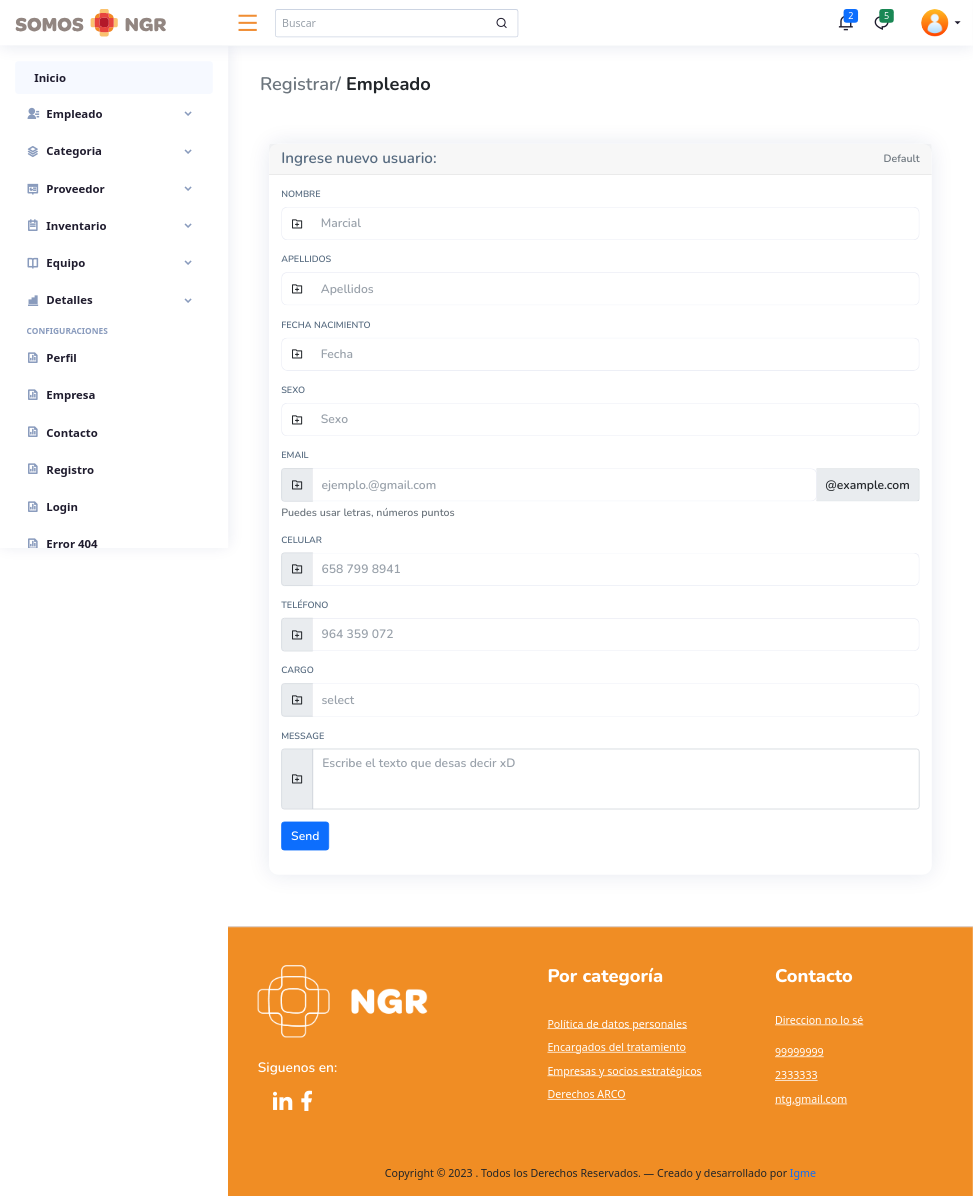
Repository: igmeMarcial/ProyectoLP-2023
Page: http://localhost/proyectoLP_2023/RegistrarEmpleado.jsp
The author's editor kept a copy of each file at every save. The page is drawn from the files as they stood at one save, then again after the next save.
The browser window is 1280 px wide. The pictures show the whole page, at 76% of full size.
Some web fonts or font styles are not loaded; a fallback is used. The page is served by Tomcat 9. The template is opened directly, without the code that normally fills it, so the values that code supplies are empty.

Above is the page before, as saved 2023-03-23 04:41:58.

After the next save:
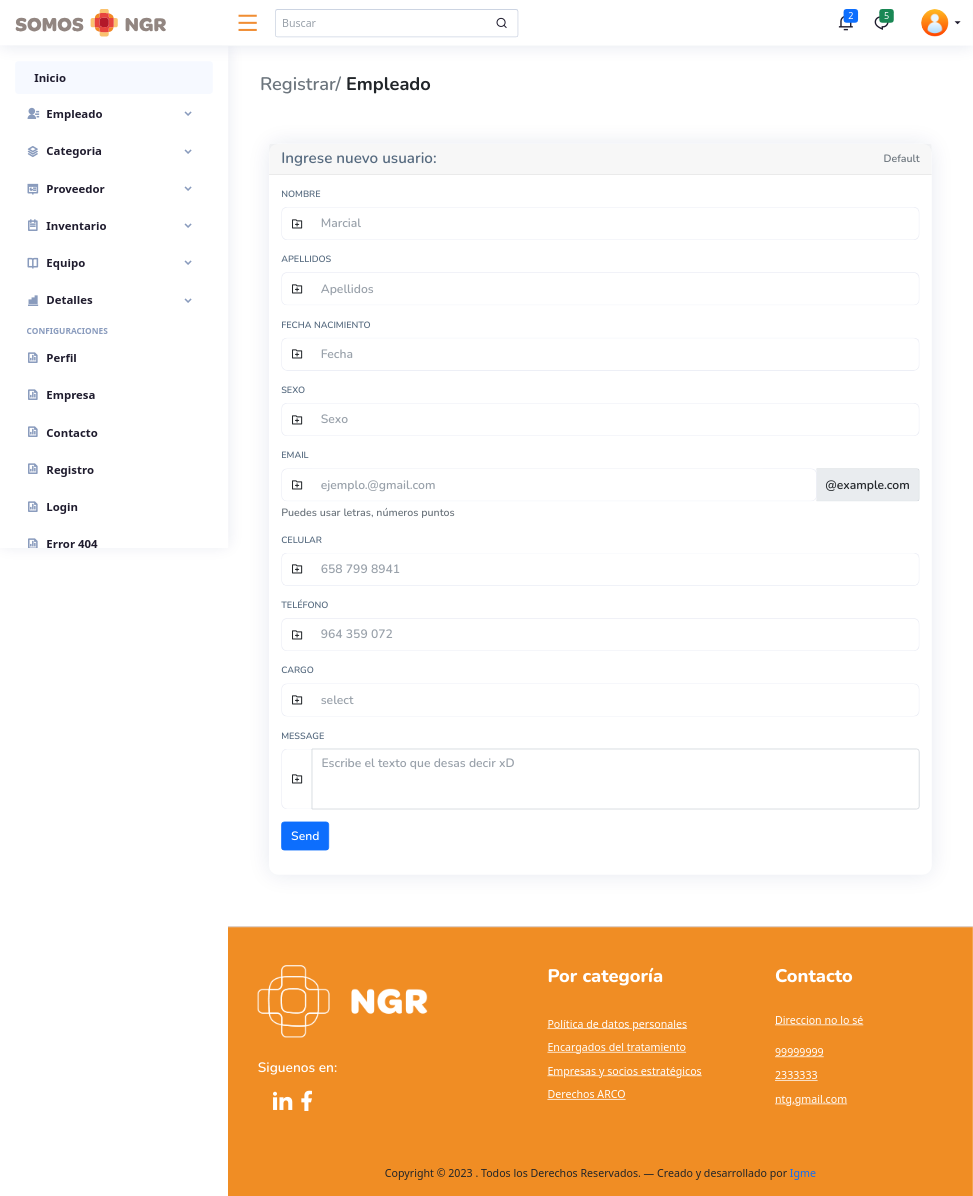
Saved 2 min 37 s later.
--- a/proyectoLP_2023/WebContent/RegistrarEmpleado.jsp
+++ b/proyectoLP_2023/WebContent/RegistrarEmpleado.jsp
@@ -334,7 +334,7 @@
 									<div class="mb-3">
 										<label class="form-label" for="basic-icon-default-email">Email</label>
 										<div class="input-group input-group-merge">
-											<span class="input-group-text"><i class="ri-folder-add-line"></i></span>
+											<span class="input-group-text labelCustom"><i class="ri-folder-add-line"></i></span>
 											<input type="text" id="basic-icon-default-email" class="form-control inputCustom" placeholder="ejemplo.@gmail.com" aria-label="john.doe" aria-describedby="basic-icon-default-email2" />
 											<span id="basic-icon-default-email2" class="input-group-text">@example.com</span>
 										</div>
@@ -343,28 +343,28 @@
 									<div class="mb-3">
 										<label class="form-label" for="basic-icon-default-phone labelCustom" >Celular</label>
 										<div class="input-group input-group-merge">
-											<span id="basic-icon-default-phone2" class="input-group-text"><i class="ri-folder-add-line"></i></span>
+											<span id="basic-icon-default-phone2" class="input-group-text labelCustom"><i class="ri-folder-add-line"></i></span>
 											<input type="text" id="basic-icon-default-phone" class="form-control phone-mask inputCustom" placeholder="658 799 8941" aria-label="658 799 8941" aria-describedby="basic-icon-default-phone2" />
 										</div>
 									</div>
 									<div class="mb-3">
 										<label class="form-label" for="basic-icon-default-phone labelCustom">Teléfono</label>
 										<div class="input-group input-group-merge">
-											<span id="basic-icon-default-phone2" class="input-group-text"><i class="ri-folder-add-line"></i></span>
+											<span id="basic-icon-default-phone2" class="input-group-text labelCustom"><i class="ri-folder-add-line"></i></span>
 											<input type="text" id="basic-icon-default-phone" class="form-control phone-mask inputCustom" placeholder="964 359 072" aria-label="658 799 8941" aria-describedby="basic-icon-default-phone2" />
 										</div>
 									</div>
 									<div class="mb-3">
 										<label class="form-label" for="basic-icon-default-phone labelCustom">Cargo</label>
 										<div class="input-group input-group-merge">
-											<span id="basic-icon-default-phone2" class="input-group-text"><i class="ri-folder-add-line"></i></span>
+											<span id="basic-icon-default-phone2" class="input-group-text labelCustom"><i class="ri-folder-add-line"></i></span>
 											<input type="text" id="basic-icon-default-phone" class="form-control phone-mask inputCustom" placeholder="select" aria-label="658 799 8941" aria-describedby="basic-icon-default-phone2" />
 										</div>
 									</div>
 									<div class="mb-3">
-										<label class="form-label" for="basic-icon-default-message labelCustom">Message</label>
-										<div class="input-group input-group-merge">
-											<span id="basic-icon-default-message2" class="input-group-text"><i class="ri-folder-add-line"></i></span>
+										<label class="form-label" for="basic-icon-default-message ">Message</label>
+										<div class="input-group input-group-merge">
+											<span id="basic-icon-default-message2" class="input-group-text labelCustom" ><i class="ri-folder-add-line"></i></span>
 											<textarea
 												id="basic-icon-default-message"
 												class="form-control"
